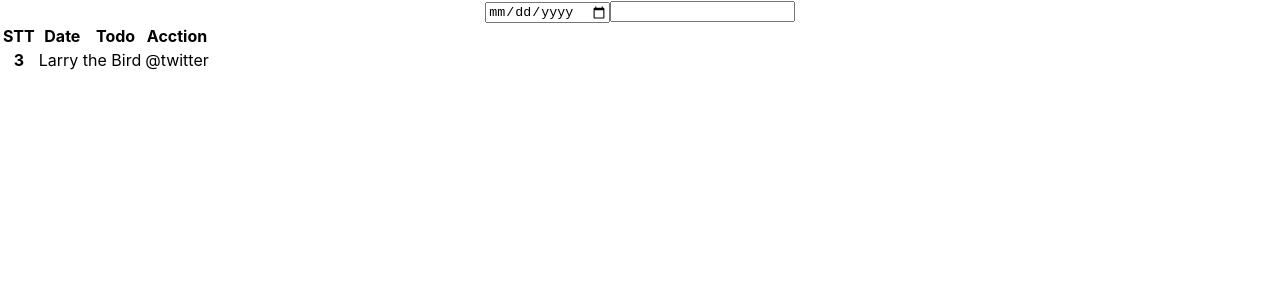
Repository: vanviet99/bietitmatit
Page: /
An editor plug-in stored every save of this project. The page is shown before and after a run of saves, followed by the edit.
The browser window is 1280 px wide. The pictures show the whole page.
The project was rebuilt for these pictures with package versions that can differ from the ones it lists, and the page was loaded fresh each time.

Above is the page before, as saved 2022-10-03 21:14:19.

### src/App.js

import React, { useState } from 'react';
import './App.css';
import data from './data';

function App() {
   const [list,setList] = useState(data)
  return (
    <div className="App">
     <React.Fragment>
     <div className="input-group mb-3">
     <input  type="date" className="form-control" aria-label="Sizing example input" aria-describedby="inputGroup-sizing-default"></input>
      <input  type="text" className="form-control" aria-label="Sizing example input" aria-describedby="inputGroup-sizing-default"></input>

    </div>
    <div>
    <table class="table">
  <thead>
    <tr>
      <th scope="col">STT</th>
      <th scope="col">Date</th>
      <th scope="col">Todo</th>
      <th scope="col">Acction</th>
    </tr>
  </thead>
  <tbody>
    <tr>
      <th scope="row">3</th>
      <td colspan="2">Larry the Bird</td>
      <td>@twitter</td>
    </tr>
  </tbody>
</table>
    </div>
     </React.Fragment>
    </div>
  );
}

export default App;

### src/data.js
 let list = [
    {
        date: '2022/10/02', do: 'học react-js'
    },
    {
        date: '2022/10/03', do: 'học php'
    }
 ]

 export default list;

Loaded but not shown: src/index.js (common file); src/index.css (common file); src/reportWebVitals.js (common file); src/App.css (common file)

After the next 3 saves:
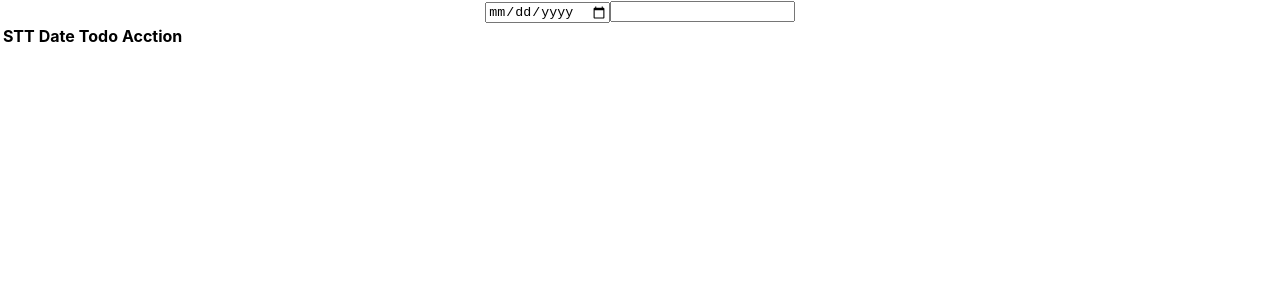
The 3 saves are shown as one change because 1 did not build or start and some came seconds apart.
The last was saved 57 s later.
--- a/src/App.js
+++ b/src/App.js
@@ -25,9 +25,7 @@ function App() {
   </thead>
   <tbody>
     <tr>
-      <th scope="row">3</th>
-      <td colspan="2">Larry the Bird</td>
-      <td>@twitter</td>
+
     </tr>
   </tbody>
 </table>
